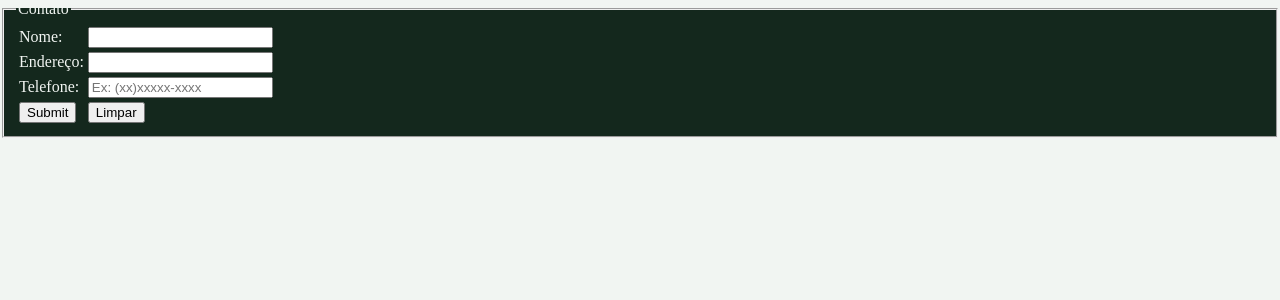
Repository: otavio-vicente/BackEnd-UniSenai
Page: WorkspaceTrilhaWeb/exemploServlet/src/main/webapp/contato.html
These files come from the project's save history. The page is drawn as it stood at one moment and after the next save; the edit follows.
The browser window is 1280 px wide. The pictures show the whole page.

Above is the page before, as saved 2024-06-13 23:24:52.

After the next save:
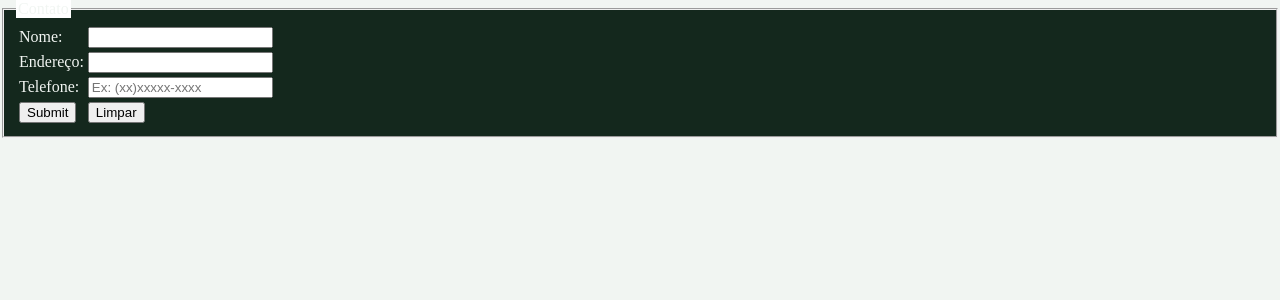
Saved 42 s later.
--- a/WorkspaceTrilhaWeb/exemploServlet/src/main/webapp/style.css
+++ b/WorkspaceTrilhaWeb/exemploServlet/src/main/webapp/style.css
@@ -10,3 +10,6 @@ fieldset {
 	background-color: #14281D;
 	color: #F1F5F2;
 }
+legend{
+	background-color:white;
+}

After the 2 saves that followed:
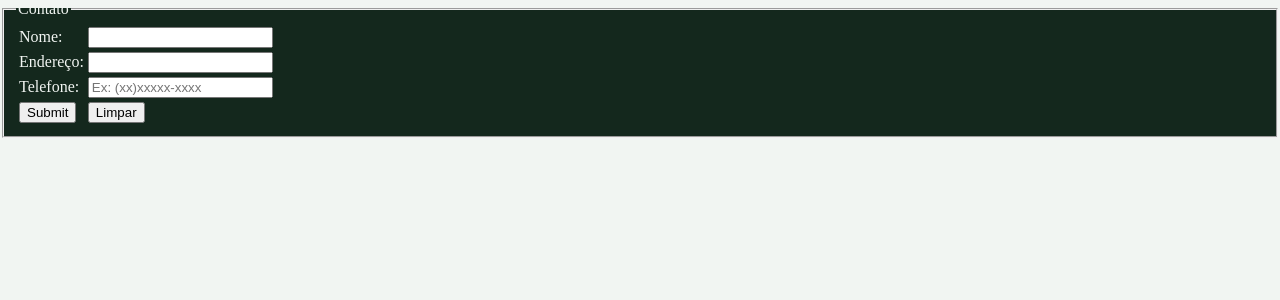
The 2 saves are shown as one change because 1 left the picture as it was.
The last was saved 44 s later.
--- a/WorkspaceTrilhaWeb/exemploServlet/src/main/webapp/style.css
+++ b/WorkspaceTrilhaWeb/exemploServlet/src/main/webapp/style.css
@@ -10,6 +10,3 @@ fieldset {
 	background-color: #14281D;
 	color: #F1F5F2;
 }
-legend{
-	background-color:white;
-}
